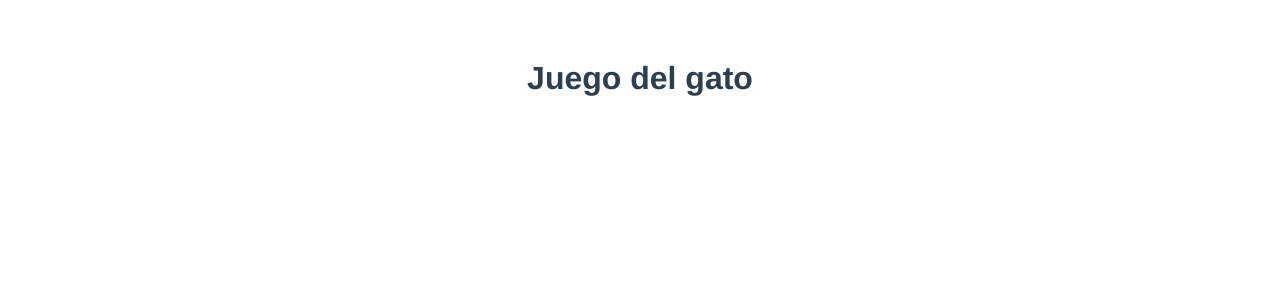
Repository: franciscamanquecheo/Taller-2
Page: / (app in vite-project/)
An editor plug-in stored every save of this project. The page is shown before and after the next save, followed by the edit.
The browser window is 1280 px wide. The pictures show the whole page.
The project was rebuilt for these pictures with package versions that can differ from the ones it lists, and the page was loaded fresh each time. Also part of the build but not shown: vite-project/vite.config.ts.

Above is the page before, as saved 2022-06-17 16:10:01.

After the next save:
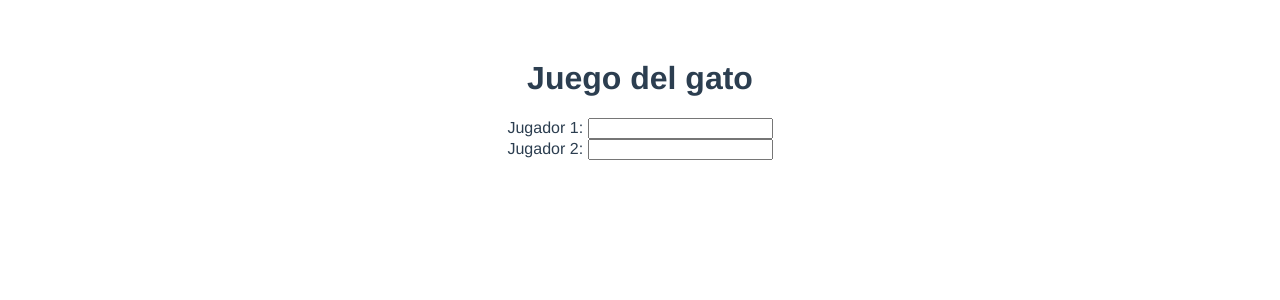
Saved 48 min 59 s later.
--- a/vite-project/src/App.vue
+++ b/vite-project/src/App.vue
@@ -6,6 +6,15 @@ import HelloWorld from './components/HelloWorld.vue'
 
 <template>
  <h1>Juego del gato</h1>
+ <article id="comandos">
+  Jugador 1:
+  <input type="text" id="jugador1"><br>
+  Jugador 2:
+  <input type="text" id="jugador 2"><br>
+  <label id="TurnoJugador"></label>
+
+
+ </article>
 </template>
 
 <style>
